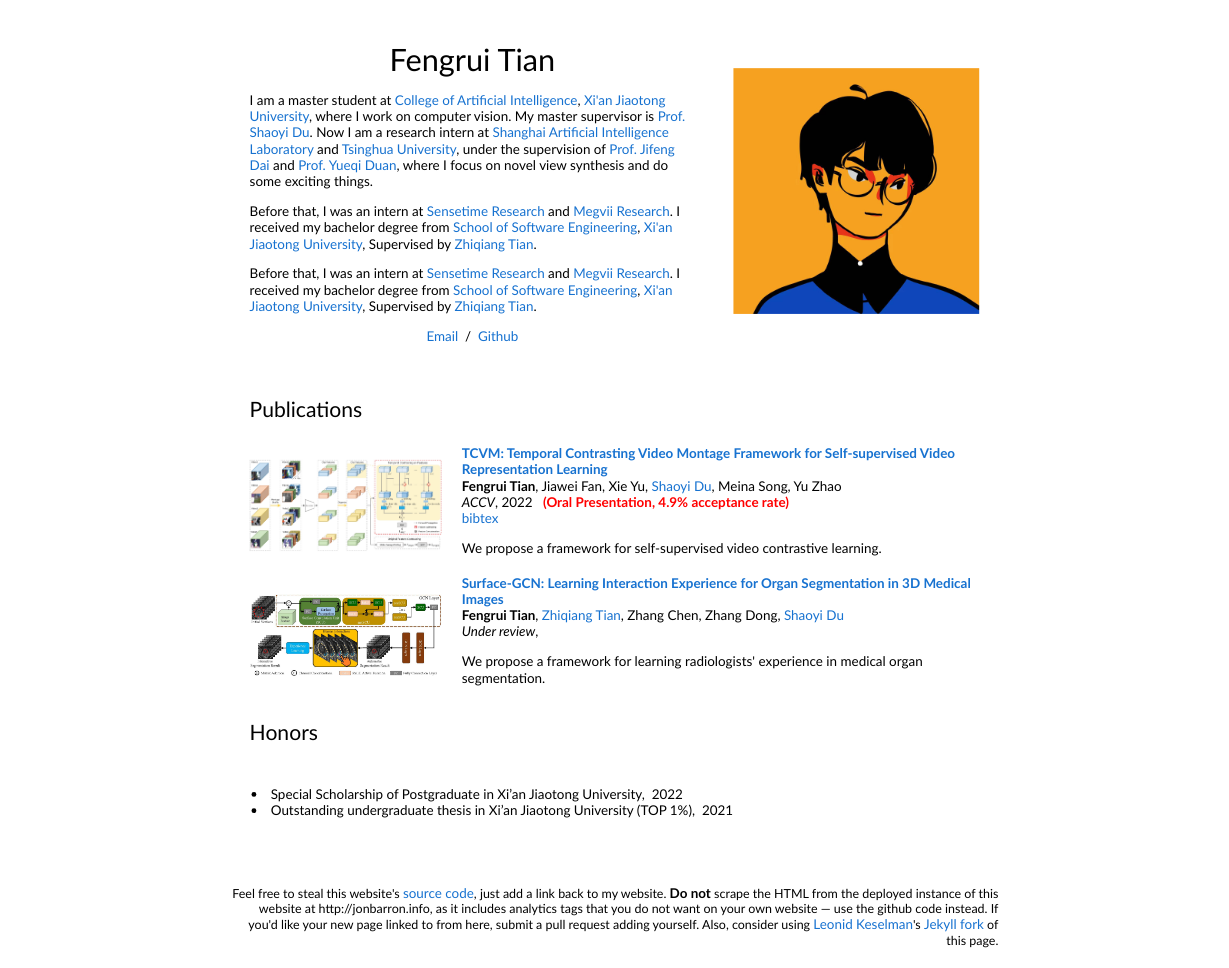
Repository: tianfr/tianfr.github.io
Page: index.html
An editor plug-in stored every save of this project. The page is shown before and after the next save, followed by the edit.
The browser window is 1280 px wide. The pictures show the whole page, at 96% of full size.

Above is the page before, as saved 2022-11-20 15:43:00.

After the next save:
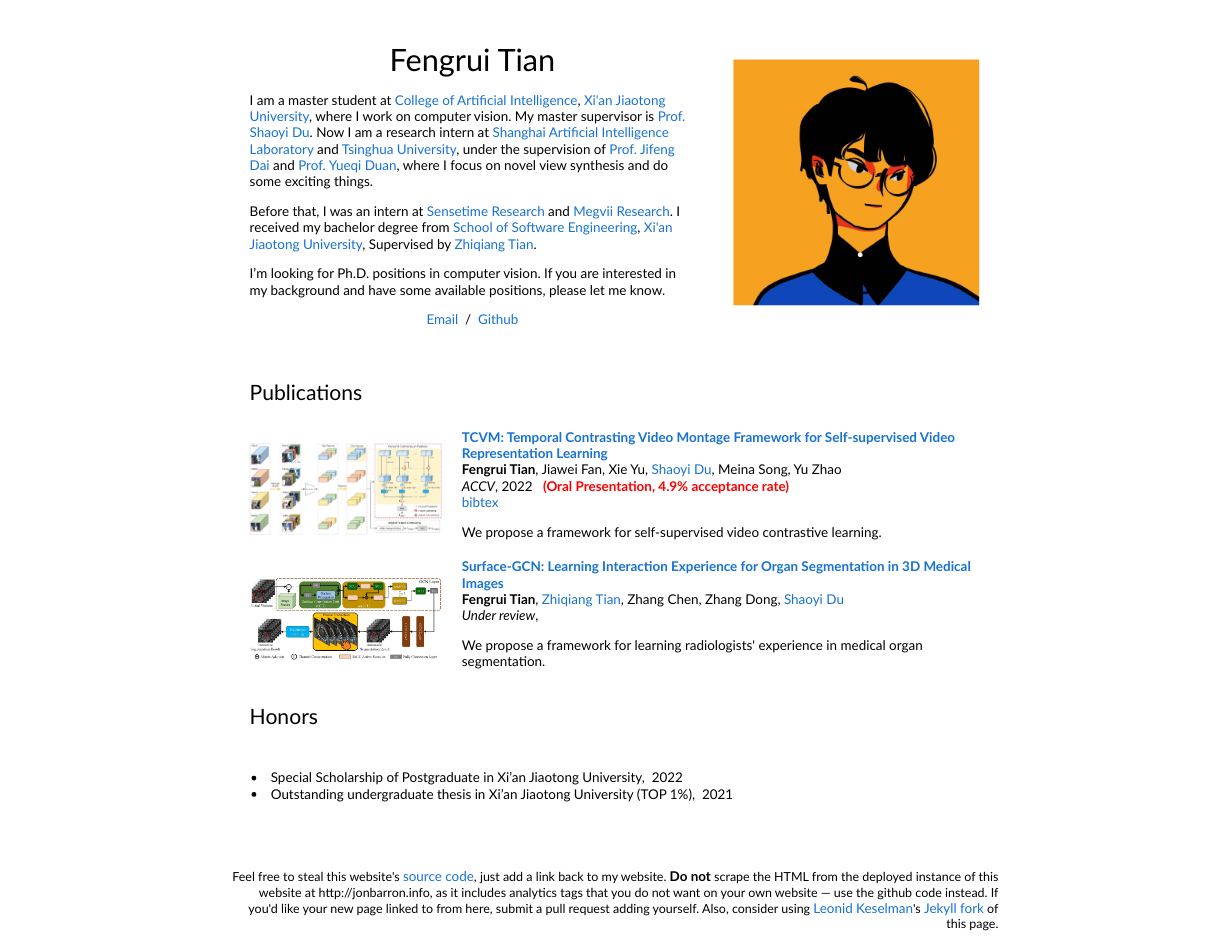
Saved 37 s later.
--- a/index.html
+++ b/index.html
@@ -25,8 +25,7 @@
               <p> Before that, I was an intern at <a href="https://www.sensetime.com/">Sensetime Research</a> and
                 <a href="https://www.megvii.com/">Megvii Research</a>. I received my bachelor degree from  <a href="https://blog.google/products/google-ar-vr/introducing-next-generation-jump/">School of Software Engineering</a>, <a href="http://www.xjtu.edu.cn/">Xi'an Jiaotong University</a>, Supervised by <a href="https://gr.xjtu.edu.cn/en/web/zhiqiangtian/home">Zhiqiang Tian</a>.
               </p>
-              <p> Before that, I was an intern at <a href="https://www.sensetime.com/">Sensetime Research</a> and
-                <a href="https://www.megvii.com/">Megvii Research</a>. I received my bachelor degree from  <a href="https://blog.google/products/google-ar-vr/introducing-next-generation-jump/">School of Software Engineering</a>, <a href="http://www.xjtu.edu.cn/">Xi'an Jiaotong University</a>, Supervised by <a href="https://gr.xjtu.edu.cn/en/web/zhiqiangtian/home">Zhiqiang Tian</a>.
+              <p>  I’m looking for Ph.D. positions in computer vision. If you are interested in my background and have some available positions, please let me know.
               </p>
               <p style="text-align:center">
                 <a href="mailto:tianfr@stu.xjtu.edu.cn">Email</a> &nbsp/&nbsp
